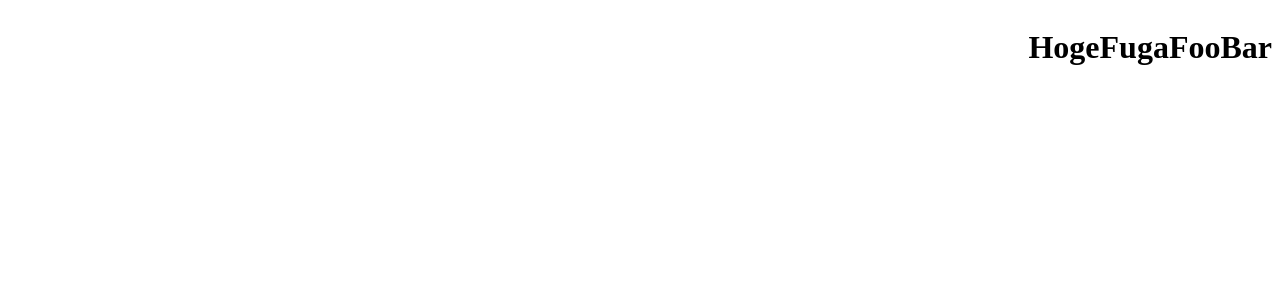
Repository: hideki0118/samurai_HTML-CSS
Page: index2.html
The author's editor kept a record of every edit. The page is drawn from the files as they stood at one moment, then again after the next edit.
The browser window is 1280 px wide. The pictures show the whole page.

Above is the page before.

After the next edit:
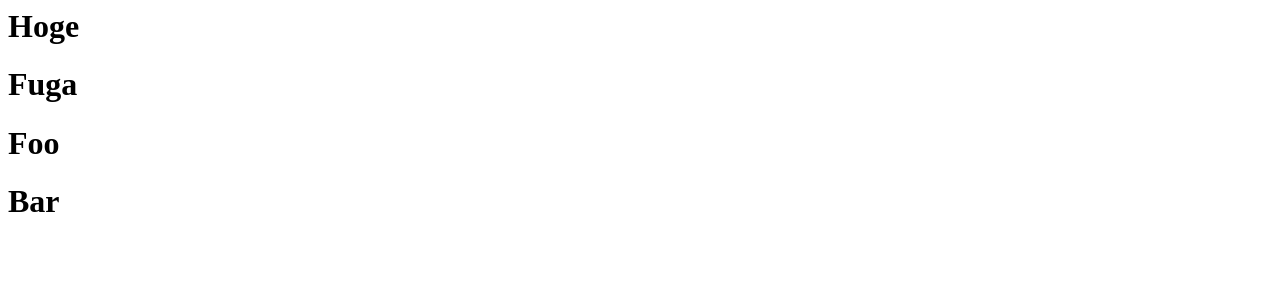
The edit:
--- a/index2.html
+++ b/index2.html
@@ -1,9 +1,9 @@
 <html lang="ja">
    <head>
        <style>
-           #flex-end {
-               display: flex;
-               justify-content: flex-end;
+           #grid {
+               display: grid;
+               grid-template-columns: 200px 200px;
            }
        </style>
    </head>
